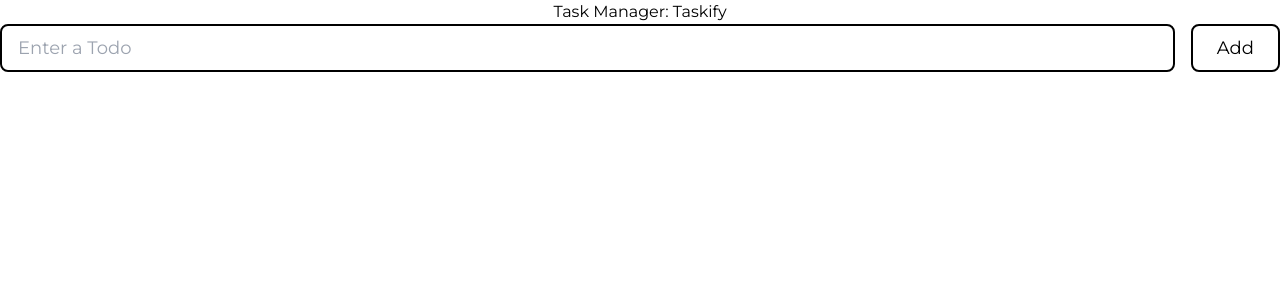
Repository: Dineshbhandari2023/Todo
Page: /
These files come from the project's save history. The page is drawn as it stood at one moment and after the next save; the edit follows.
The browser window is 1280 px wide. The pictures show the whole page.
Some web fonts or font styles are not loaded; a fallback is used. The project was rebuilt for these pictures with package versions that can differ from the ones it lists, and the page was loaded fresh each time.

Above is the page before, as saved 2025-06-18 22:32:46.

### src/App.tsx
import React from "react";
import "./App.css";
import InputFields from "./Components/InputFields";

// //Learning Types
// let name: string;
// let age: number;
// let hobbies: string[];
// let role: [number, number, string];

// // Objects Can be defined using: types or interface
// type Animal = {
//   name: string;
//   age: number;
//   color?: string;
// };

// let myAnimal: Animal = {
//   name: "Dog",
//   age: 3,
//   color: "Brown",
// };

// let Animals: Animal[];

// //defining function in ts
// function printAnything(Animal: string) {
//   console.log(Animal);
// }

// printAnything("DOG");

function App() {
  return (
    <div className="App">
      <h1>Task Manager: Taskify</h1>
      <InputFields />
    </div>
  );
}

export default App;

### src/App.css
@import url("https://fonts.googleapis.com/css2?family=Montserrat:ital@0;1&family=Savate:ital,wght@0,200..900;1,200..900&display=swap");

.App {
  text-align: center;
  font-family: "Montserrat", sans-serif;
}

### src/Components/InputFields.tsx
import React from "react";

const InputFields = () => {
  return (
    <div className="flex gap-4 mb-6">
      <input
        type="text"
        placeholder="Enter a Todo"
        className="flex-1 px-4 py-2 border-2 border-black rounded-lg text-lg focus:outline-none focus:ring-2 focus:ring-blue-500"
      />
      <button className="px-6 py-2 bg-white border-2 border-black rounded-lg text-lg font-medium hover:bg-gray-50 focus:outline-none focus:ring-2 focus:ring-blue-500">
        Add
      </button>
    </div>
  );
};

export default InputFields;

Loaded but not shown: public/index.html (common file); src/index.tsx (common file); src/index.css (common file); tailwind.config.js (common file)

After the next save:
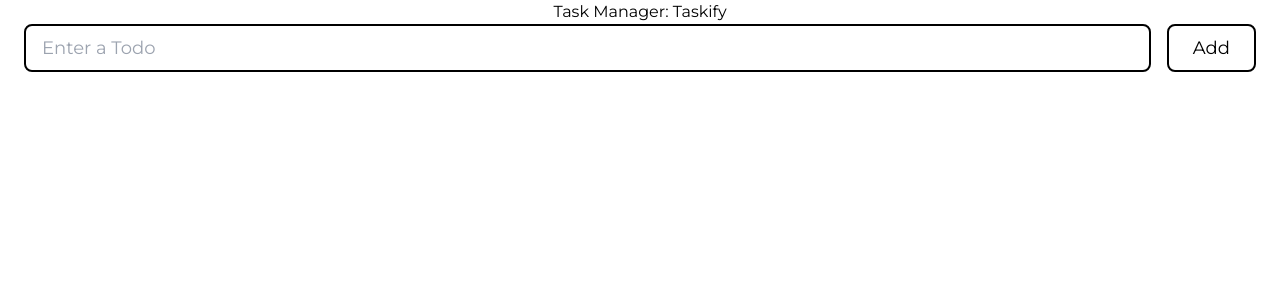
Saved 58 s later.
--- a/src/Components/InputFields.tsx
+++ b/src/Components/InputFields.tsx
@@ -2,7 +2,7 @@
 
 const InputFields = () => {
   return (
-    <div className="flex gap-4 mb-6">
+    <div className="flex gap-4 mx-6">
       <input
         type="text"
         placeholder="Enter a Todo"
